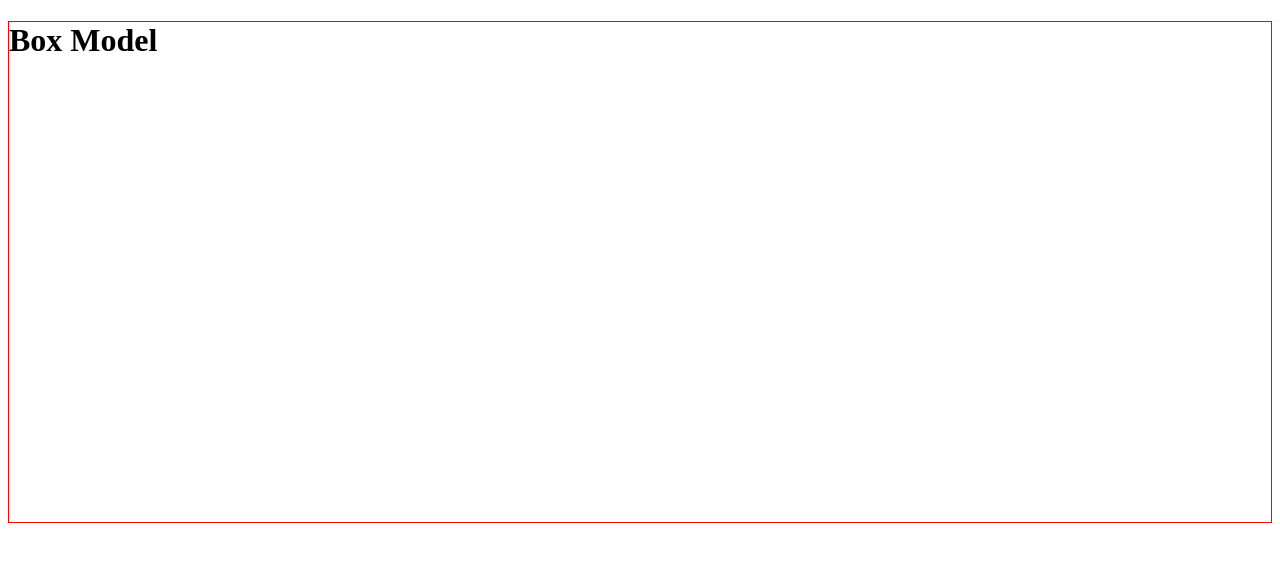
Repository: lbj0314/webTest
Page: Css_1/WebContent/css_6.html
These files come from the project's save history. The page is drawn as it stood at one moment and after the next save; the edit follows.
The browser window is 1280 px wide. The pictures show the whole page.

Above is the page before, as saved 2019-10-16 05:24:38.

After the next save:
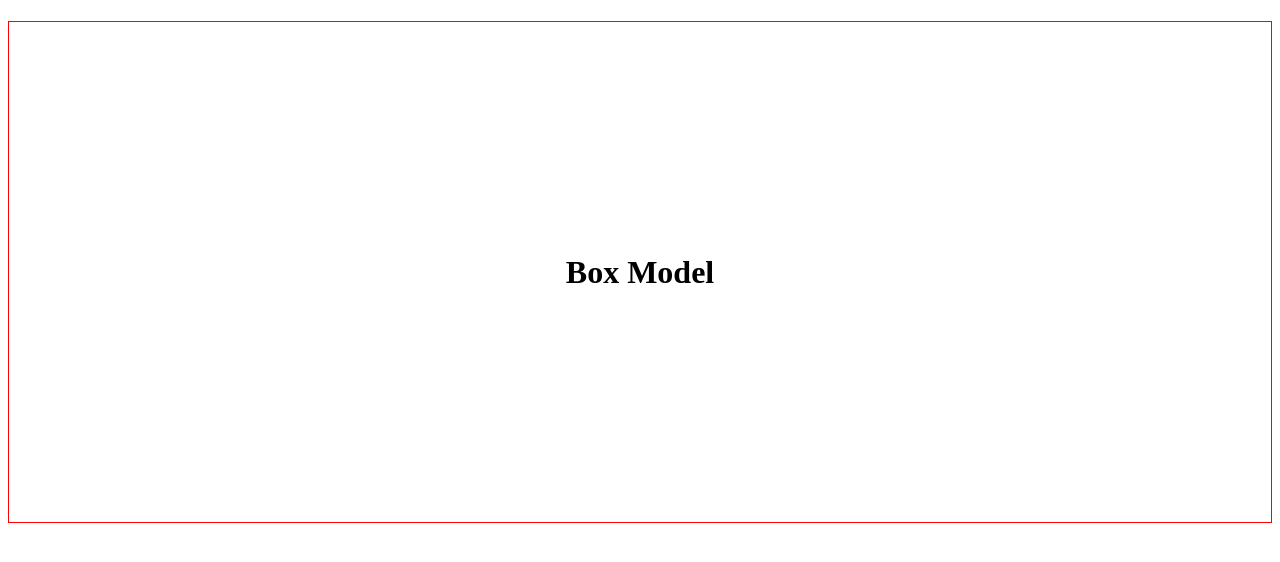
Saved 58 s later.
--- a/Css_1/WebContent/css_6.html
+++ b/Css_1/WebContent/css_6.html
@@ -7,6 +7,8 @@
 	#b1{
 	height: 500px;
 	border: 1px solid red;
+	text-align: center;
+	line-height: 500px;
 
 	}
 </style>
